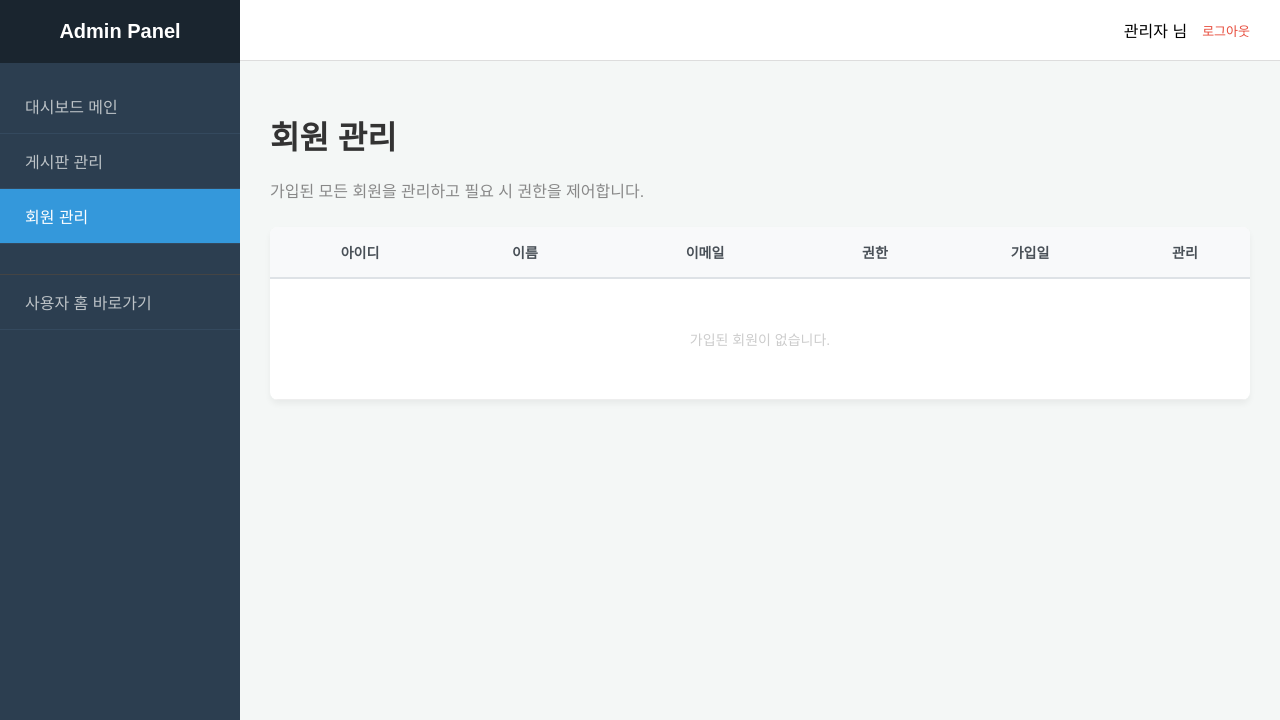
Repository: cjoh0407-ctrl/spring_legacy_project
Page: http://localhost/project/WEB-INF/views/admin/member/memberList.jsp
The author's editor kept a copy of each file at every save. The page is drawn from the files as they stood at one save, then again after the next save.
The browser window is 1280 px wide. The pictures show the whole page.
The page is served by Tomcat 10. Nobody is signed in. Other server files are loaded and not shown. The template is opened directly, without the code that normally fills it, so the values that code supplies are empty.

Above is the page before, as saved 2026-01-05 06:29:33.

### project/src/main/webapp/WEB-INF/views/admin/member/memberList.jsp
<%@ page language="java" contentType="text/html; charset=UTF-8" pageEncoding="UTF-8"%>
<%@ taglib uri="http://java.sun.com/jsp/jstl/core" prefix="c" %>
<!DOCTYPE html>
<html>
<head>
<meta charset="UTF-8">
<title>관리자 - 회원 관리</title>
<style>
    body { margin: 0; font-family: 'Malgun Gothic', sans-serif; display: flex; background-color: #f4f7f6; }

    /* 사이드바 스타일 (기존과 동일하게 유지) */
    .sidebar { width: 240px; background: #2c3e50; color: white; height: 100vh; position: fixed; }
    .sidebar-header { padding: 20px; text-align: center; background: #1a252f; font-size: 20px; font-weight: bold; }
    .sidebar-menu { padding: 0; list-style: none; }
    .sidebar-menu li a { display: block; padding: 15px 25px; color: #bdc3c7; text-decoration: none; border-bottom: 1px solid #34495e; }
    .sidebar-menu li a:hover { background: #34495e; color: white; }
    .sidebar-menu li a.active { background: #3498db; color: white; }

    /* 메인 영역 */
    .main-content { margin-left: 240px; width: calc(100% - 240px); }
    .admin-header { height: 60px; background: white; border-bottom: 1px solid #ddd; display: flex; align-items: center; justify-content: flex-end; padding: 0 30px; }

    .container { padding: 30px; }
    .page-title { margin-bottom: 20px; color: #333; }

    /* 테이블 스타일 */
    .admin-table { width: 100%; border-collapse: collapse; background: white; border-radius: 8px; overflow: hidden; box-shadow: 0 4px 6px rgba(0,0,0,0.05); }
    .admin-table th { background: #f8f9fa; padding: 15px; border-bottom: 2px solid #dee2e6; color: #495057; font-size: 14px; }
    .admin-table td { padding: 15px; border-bottom: 1px solid #eee; text-align: center; font-size: 14px; color: #666; }

    /* 권한 뱃지 스타일 */
    .badge { padding: 4px 8px; border-radius: 12px; font-size: 11px; font-weight: bold; }
    .badge-admin { background: #e8f4fd; color: #3498db; }
    .badge-user { background: #f1f3f5; color: #868e96; }

    /* 강제 탈퇴 버튼 */
    .btn-kick { background: #e74c3c; color: white; border: none; padding: 8px 12px; border-radius: 4px; cursor: pointer; font-size: 12px; transition: 0.2s; }
    .btn-kick:hover { background: #c0392b; }
</style>
<script>
    function kickMember(id) {
        if(confirm("아이디 [" + id + "] 회원을 정말 강제로 탈퇴시키겠습니까?")) {
            // 회원 삭제를 위한 컨트롤러 경로 호출
            location.href = "/admin/memberDelete?id=" + id;
        }
    }
</script>
</head>
<body>

    <div class="sidebar">
        <div class="sidebar-header">Admin Panel</div>
        <ul class="sidebar-menu">
            <li><a href="/admin/main">대시보드 메인</a></li>
            <li><a href="/admin/board/list">게시판 관리</a></li>
            <li><a href="/admin/member/list" class="active">회원 관리</a></li>
            <li><a href="/board/list" style="margin-top: 30px; border-top: 1px solid #444;">사용자 홈 바로가기</a></li>
        </ul>
    </div>

    <div class="main-content">
        <header class="admin-header">
            <span>관리자 <b>${sessionScope.member.name}</b>님</span>
            <a href="/member/logout" style="margin-left:15px; color:#e74c3c; text-decoration:none; font-size:13px;">로그아웃</a>
        </header>

        <div class="container">
            <h1 class="page-title">회원 관리</h1>
            <p style="color: #888; margin-bottom: 25px;">가입된 모든 회원을 관리하고 필요 시 권한을 제어합니다.</p>

            <table class="admin-table">
                <thead>
                    <tr>
                        <th width="150">아이디</th>
                        <th width="120">이름</th>
                        <th>이메일</th>
                        <th width="100">권한</th>
                        <th width="150">가입일</th>
                        <th width="100">관리</th>
                    </tr>
                </thead>
                <tbody>
                    <c:forEach var="m" items="${memberList}">
                        <tr>
                            <td><b>${m.id}</b></td>
                            <td>${m.name}</td>
                            <td>${m.email}</td>
                            <td>
                                <span class="badge ${m.role == 'ADMIN' ? 'badge-admin' : 'badge-user'}">
                                    ${m.role}
                                </span>
                            </td>
                            <td>${m.regdateShort}</td>
                            <td>
                                <%-- 관리자 자신은 삭제할 수 없도록 처리 --%>
                                <c:if test="${m.id != sessionScope.member.id}">
                                    <button type="button" class="btn-kick" onclick="kickMember('${m.id}')">강제탈퇴</button>
                                </c:if>
                            </td>
                        </tr>
                    </c:forEach>
                    <c:if test="${empty memberList}">
                        <tr>
                            <td colspan="6" style="padding: 50px; color: #ccc;">가입된 회원이 없습니다.</td>
                        </tr>
                    </c:if>
                </tbody>
            </table>
        </div>
    </div>

</body>
</html>

After the next save:
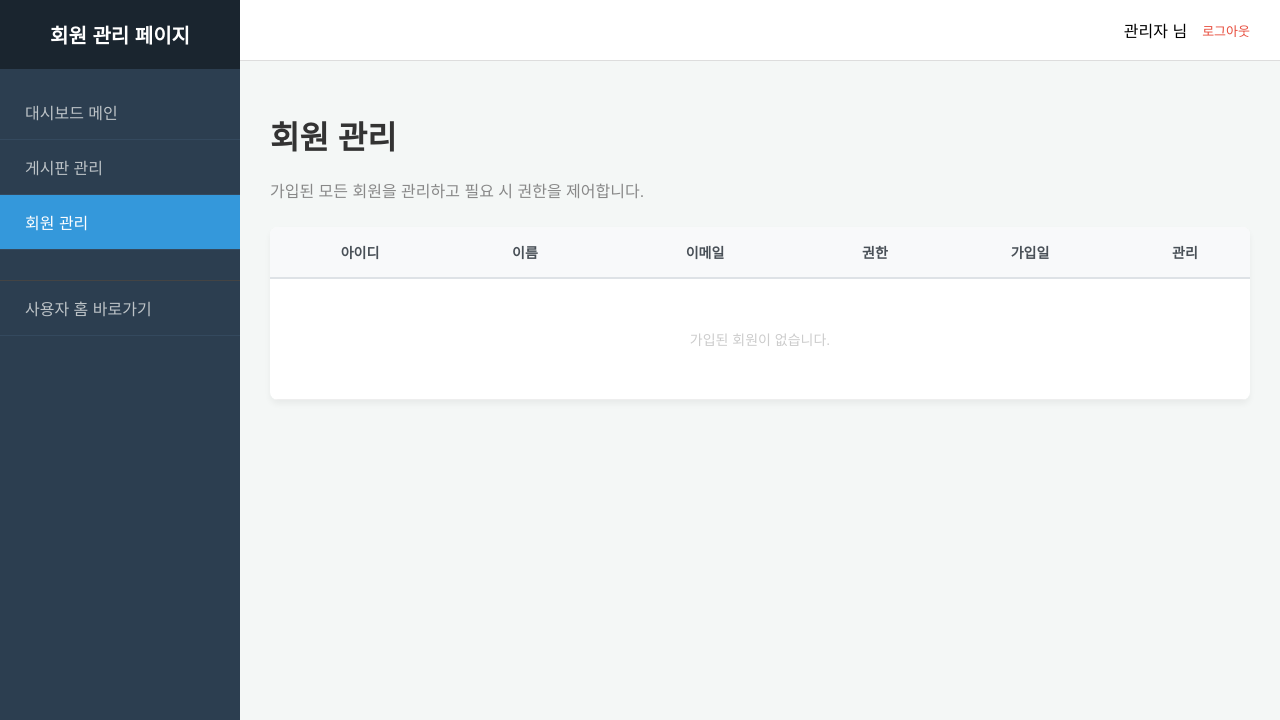
Saved 29 s later.
--- a/project/src/main/webapp/WEB-INF/views/admin/member/memberList.jsp
+++ b/project/src/main/webapp/WEB-INF/views/admin/member/memberList.jsp
@@ -49,7 +49,7 @@
 <body>
 
     <div class="sidebar">
-        <div class="sidebar-header">Admin Panel</div>
+        <div class="sidebar-header">회원 관리 페이지</div>
         <ul class="sidebar-menu">
             <li><a href="/admin/main">대시보드 메인</a></li>
             <li><a href="/admin/board/list">게시판 관리</a></li>
